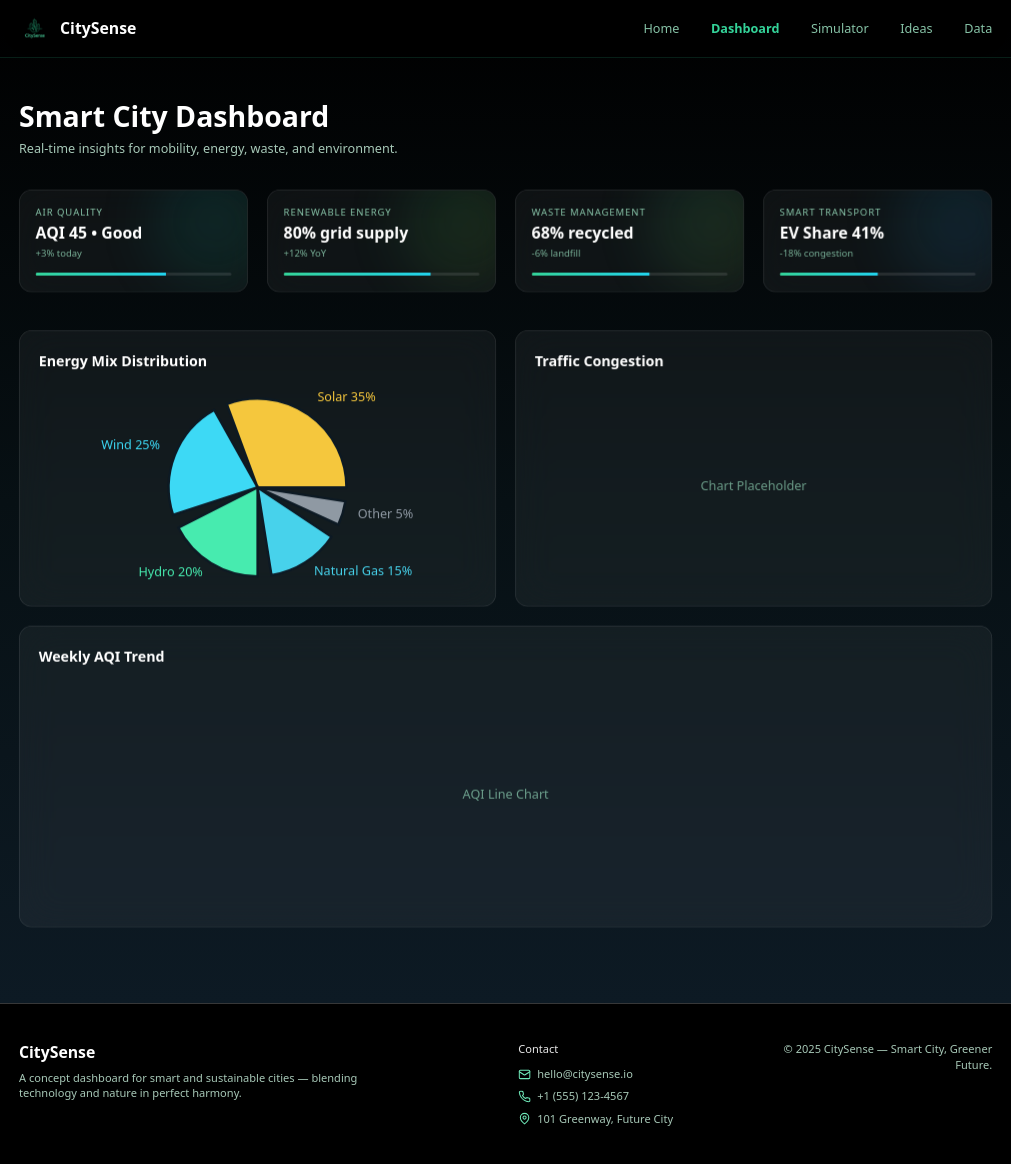
Repository: crashyet/CitySense
Page: /dashboard
The author's editor kept a copy of each file at every save. The page is drawn from the files as they stood at one save, then again after the next save.
The browser window is 1280 px wide. The pictures show the whole page, at 79% of full size.
The project was rebuilt for these pictures with package versions that can differ from the ones it lists, and the page was loaded fresh each time. Also part of the build but not shown: vite.config.js, src/pages/landing/Hero.jsx, src/pages/landing/DashboardPreview.jsx, src/pages/landing/Infographic.jsx, src/pages/landing/Community.jsx, src/pages/landing/index.jsx, src/pages/Simulator/index.jsx, src/pages/Ideas/index.jsx and 1 more.

Above is the page before, as saved 2025-11-16 23:16:13.

After the next save:
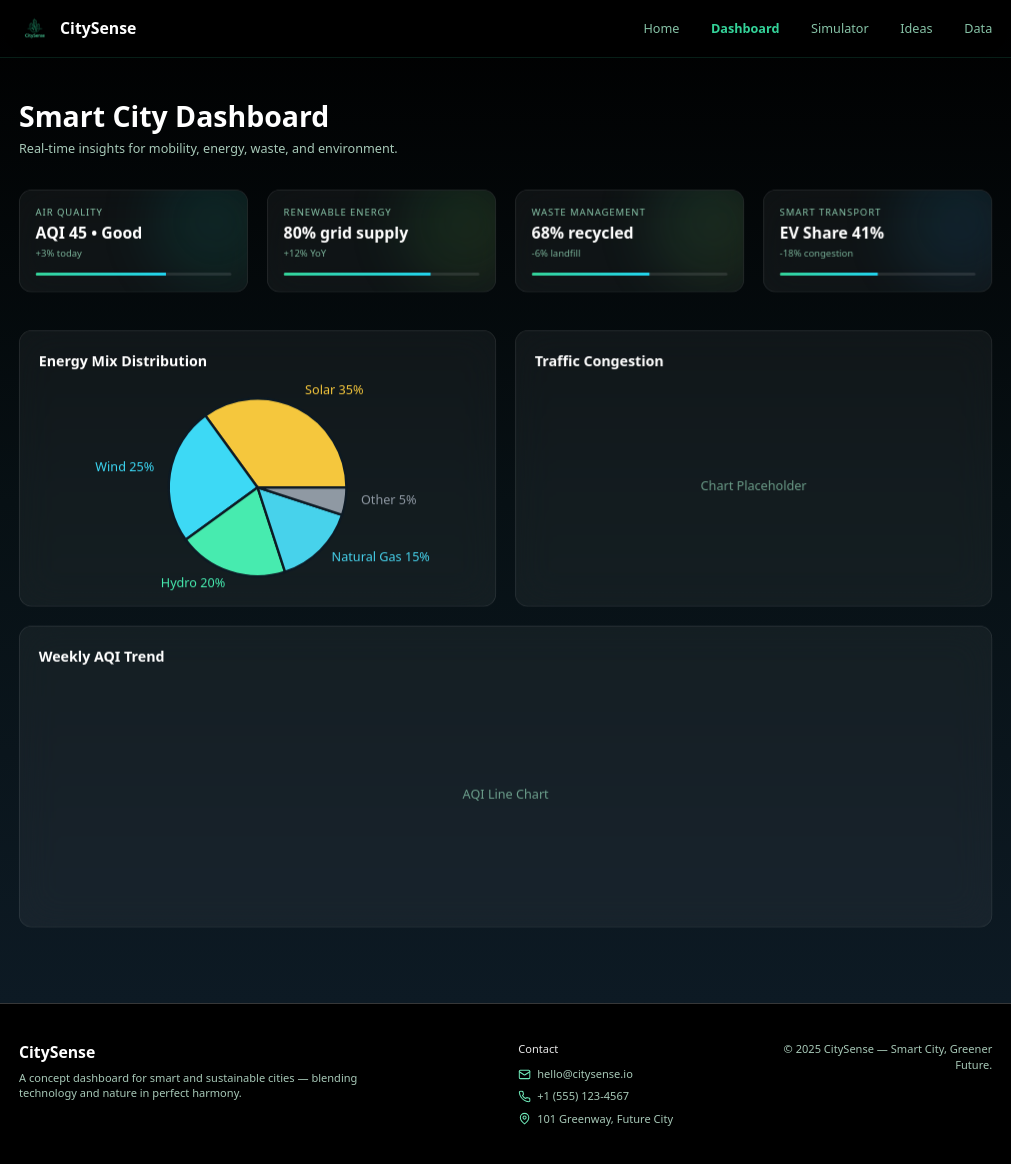
Saved 13 s later.
--- a/src/components/EnergyPieChart.jsx
+++ b/src/components/EnergyPieChart.jsx
@@ -22,7 +22,7 @@ export default function EnergyPieChart() {
             outerRadius="90%"
             stroke="#0d1a24"     // darker outline → modern look
             strokeWidth={3}
-            paddingAngle={9}     // spacing antar sektor (lebih elegan)
+            paddingAngle={0}     // spacing antar sektor (lebih elegan)
             label={({ name, value }) => `${name} ${value}%`}
             labelLine={false}    // tanpa garis — lebih bersih
           >
